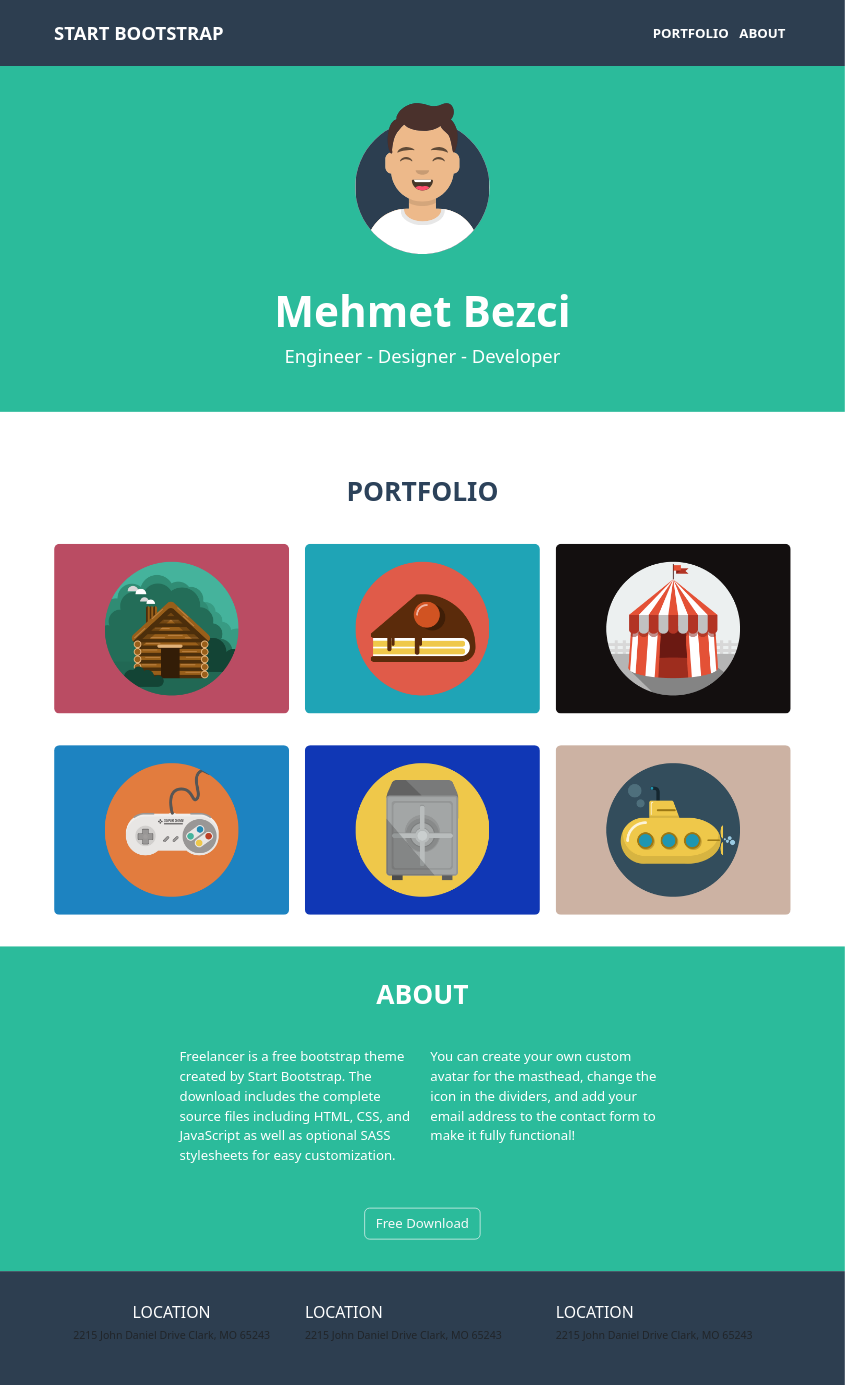
Repository: 7JaxeN7/WT-1255P-Mehmet_BEZC-
Page: index.html
An editor plug-in stored every save of this project. The page is shown before and after the next save, followed by the edit.
The browser window is 1280 px wide. The pictures show the whole page, at 66% of full size.

Above is the page before, as saved 2025-01-07 00:36:29.

### index.html
<!DOCTYPE html>
<html lang="tr">

<head>
  <meta charset="UTF-8">
  <meta name="viewport" content="width=device-width, initial-scale=1.0">
  <link rel="stylesheet" href="style.css">
  <link href="https://cdn.jsdelivr.net/npm/bootstrap@5.3.3/dist/css/bootstrap.min.css" rel="stylesheet"
    integrity="sha384-QWTKZyjpPEjISv5WaRU9OFeRpok6YctnYmDr5pNlyT2bRjXh0JMhjY6hW+ALEwIH" crossorigin="anonymous">
  <title>Start Bootstrap</title>
</head>

<body>
  <!-- Navbar -->
  <header>
    <nav class="navbar navbar-expand-lg navbar-bg">
      <div class="container pt-3 pb-3">
        <a class="navbar-brand text-white fw-bolder fs-3" href="#">START BOOTSTRAP</a>
        <button class="navbar-toggler" type="button" data-bs-toggle="collapse" data-bs-target="#navbarNav"
          aria-controls="navbarNav" aria-expanded="false" aria-label="Toggle navigation">
          <span class="navbar-toggler-icon"></span>
        </button>
        <div class="collapse navbar-collapse" id="navbarNav">
          <ul class="navbar-nav ms-auto">
            <li class="nav-item">
              <a class="nav-link text-white fw-bolder fs-5" href="#">PORTFOLIO</a>
            </li>
            <li class="nav-item">
              <a class="nav-link text-white fw-bolder fs-5" href="#">ABOUT</a>
            </li>
          </ul>
        </div>
      </div>
    </nav>
  </header>
  <!-- Herosection -->
  <div class="herosection-bg pt-5 pb-5">
    <div class="container text-center">
      <img src="/assets/img/avataaars.svg" width="20%" />
      <h1 class="mt-5 text-white fw-bolder display-3">Mehmet Bezci</h1>
      <p class="text-white fs-3">Engineer - Designer - Developer</p>
    </div>
  </div>
  <!-- Portfolio -->
  <div class="portfolio-section">
    <h2 class="text-center mt-5 pt-5 pb-5 fs-1 fw-semibold portfolio-tittle">PORTFOLIO</h2>
    <div class="container">
      <div class="row">
        <div class="col-12 col-md-6 col-lg-4 mb-5">
          <img src="/assets/img/cabin.png" class="img-fluid rounded-3">
        </div>
        <div class="col-12 col-md-6 col-lg-4 mb-5">
          <img src="/assets/img/cake.png" class="img-fluid rounded-3">
        </div>
        <div class="col-12 col-md-6 col-lg-4 mb-5">
          <img src="/assets/img/circus.png" class="img-fluid rounded-3">
        </div>
        <div class="col-12 col-md-6 col-lg-4 mb-5">
          <img src="/assets/img/game.png" class="img-fluid rounded-3">
        </div>
        <div class="col-12 col-md-6 col-lg-4 mb-5">
          <img src="/assets/img/safe.png" class="img-fluid rounded-3">
        </div>
        <div class="col-12 col-md-6 col-lg-4 mb-5">
          <img src="/assets/img/submarine.png" class="img-fluid rounded-3">
        </div>
      </div>
    </div>
  </div>
  <!-- About -->
  <div class="about-section">
    <div class="container">
      <h2 class="about-tittle fs-1 fw-semibold text-center pt-5 pb-5"> ABOUT</h2>
      <div class="row justify-content-center">
        <div class="col-lg-4 fs-5 text-white">
          <p>
            Freelancer is a free bootstrap theme created by Start Bootstrap. The download includes the complete source
            files including HTML, CSS, and JavaScript as well as optional SASS stylesheets for easy customization.
          </p>
        </div>
        <div class="col-lg-4 fs-5 text-white">
          <p>
            You can create your own custom avatar for the masthead, change the icon in the dividers, and add your email
            address to the contact form to make it fully functional!
          </p>
        </div>
      </div>
      <div class="d-flex justify-content-center">
        <button class="mt-5 mb-5 btn btn-outline-light btn-lg">Free Download</button>
      </div>
    </div>
  </div>
  <!-- Footer -->
  <footer>
    <div class="footer-section pt-5 pb-5">
      <div class="container">
        <div class="row">
          <div class="col-lg-4 text-center">
            <h5 class="fs-4 text-white fs-4 px-5">LOCATION</h5>
            <p>
              2215 John Daniel Drive
              Clark, MO 65243
            </p>
          </div>
          <div class="col-lg-4">
            <h5 class="fs-4 text-white fs-4">LOCATION</h5>
            <p>
              2215 John Daniel Drive
              Clark, MO 65243
            </p>
          </div>
          <div class="col-lg-4">
            <h5 class="fs-4 text-white fs-4">LOCATION</h5>
            <p>
              2215 John Daniel Drive
              Clark, MO 65243
            </p>
          </div>
        </div>
      </div>
    </div>
  </footer>
  <!-- Burası bootstrap script kısmı -->
  <script src="https://cdn.jsdelivr.net/npm/bootstrap@5.3.3/dist/js/bootstrap.bundle.min.js"
    integrity="sha384-YvpcrYf0tY3lHB60NNkmXc5s9fDVZLESaAA55NDzOxhy9GkcIdslK1eN7N6jIeHz"
    crossorigin="anonymous"></script>
</body>

</html>

### style.css
.navbar-bg {
  background-color: #2d3e50 !important;
}
.herosection-bg{
    background-color: #2bbb9b ;
}
.portfolio-tittle{
    color: #2c425a;
}
.about-section{
    background-color: #2bbb9b ;
}
.about-tittle{
    color: #ffffff;
}
.footer-section{
    background-color: #2d3e50;
}

After the next save:
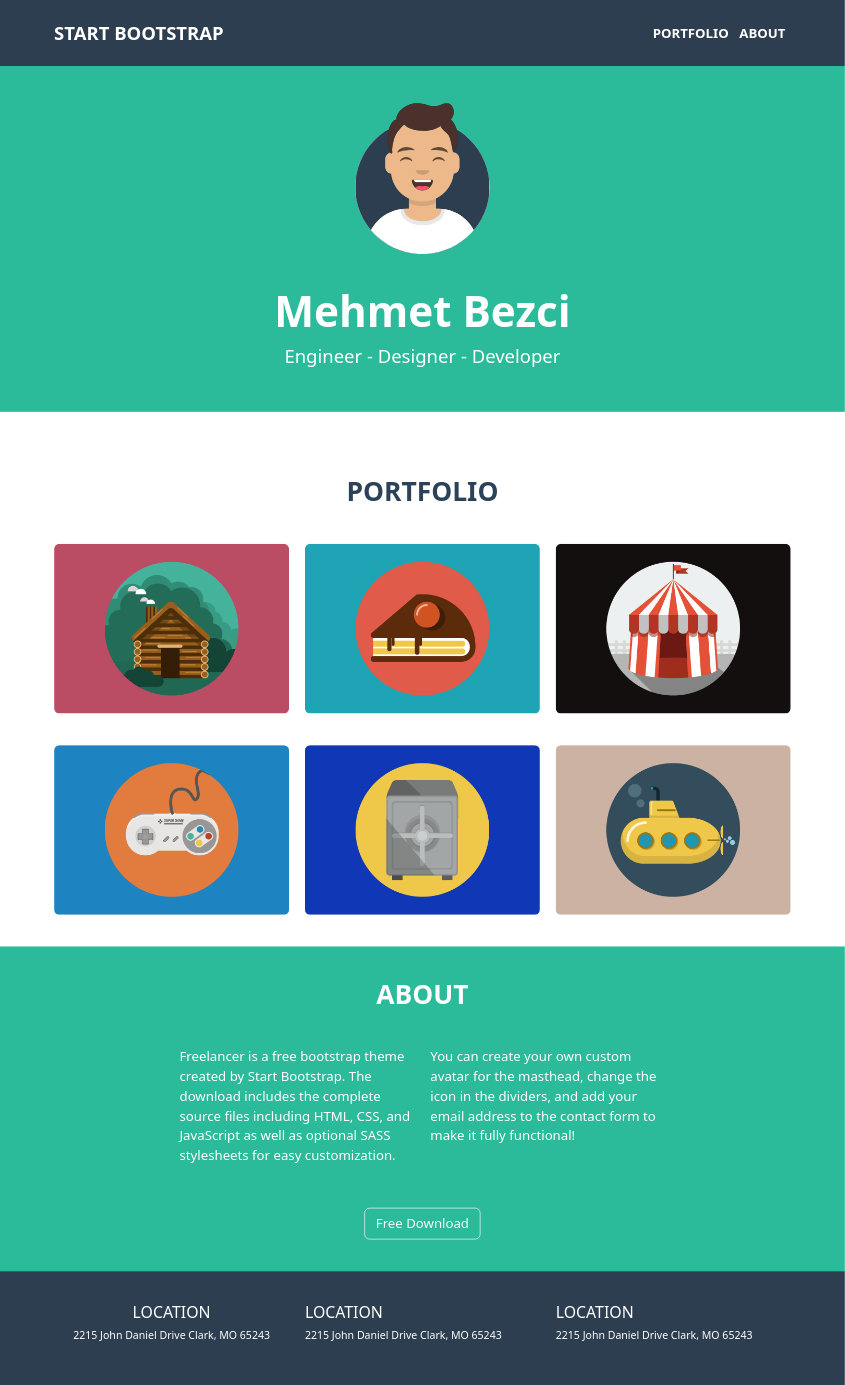
Saved 51 s later.
--- a/index.html
+++ b/index.html
@@ -96,22 +96,22 @@
       <div class="container">
         <div class="row">
           <div class="col-lg-4 text-center">
-            <h5 class="fs-4 text-white fs-4 px-5">LOCATION</h5>
-            <p>
+            <h5 class="fs-4 text-white fs-4">LOCATION</h5>
+            <p class="text-white">
               2215 John Daniel Drive
               Clark, MO 65243
             </p>
           </div>
           <div class="col-lg-4">
             <h5 class="fs-4 text-white fs-4">LOCATION</h5>
-            <p>
+            <p class="text-white">
               2215 John Daniel Drive
               Clark, MO 65243
             </p>
           </div>
           <div class="col-lg-4">
             <h5 class="fs-4 text-white fs-4">LOCATION</h5>
-            <p>
+            <p class="text-white">
               2215 John Daniel Drive
               Clark, MO 65243
             </p>
